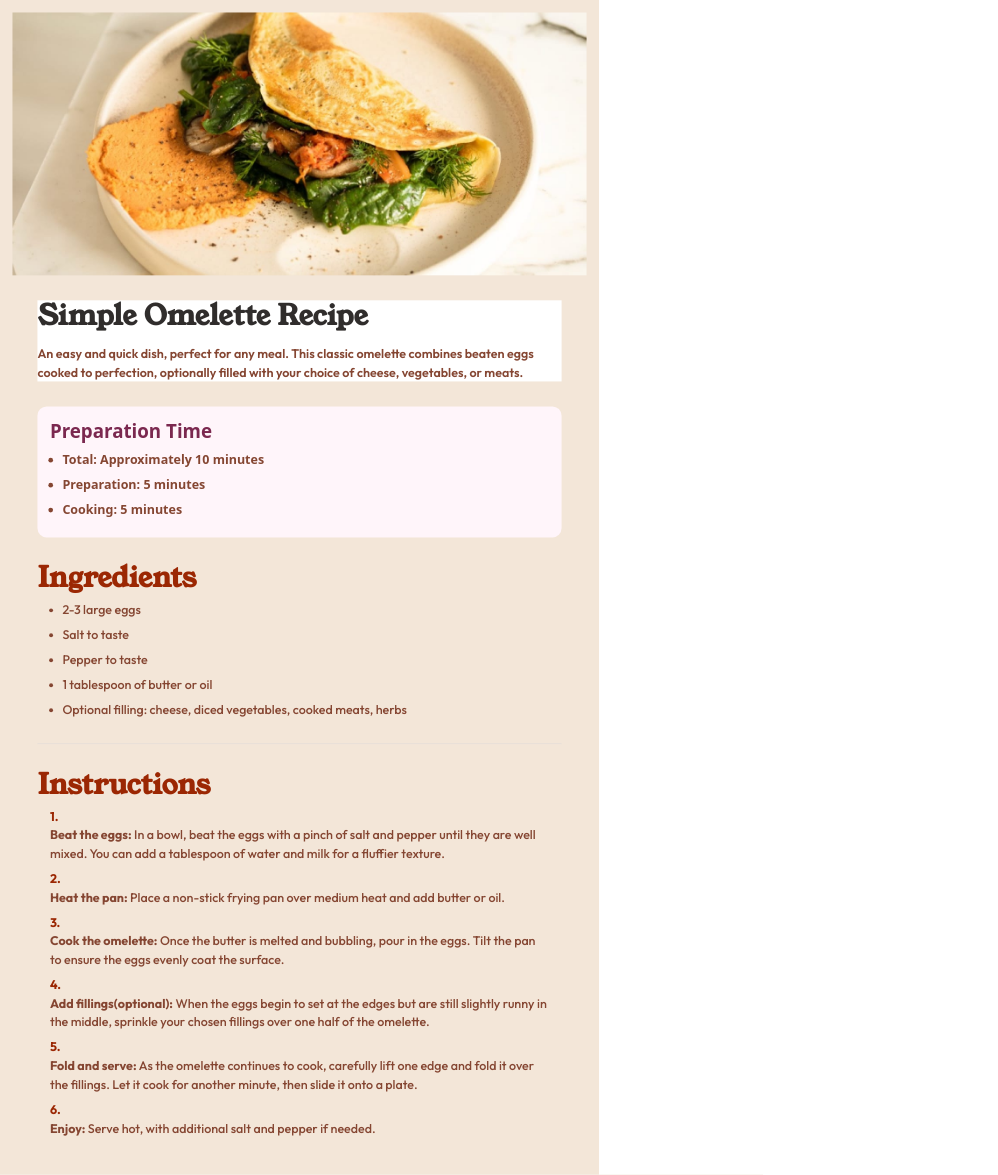
Repository: nivrii/recipe-page-main
Page: /
These files come from the project's save history. The page is drawn as it stood at one moment and after the next save; the edit follows.
The browser window is 1280 px wide. The pictures show the whole page, at 78% of full size.
The project was rebuilt for these pictures with package versions that can differ from the ones it lists, and the page was loaded fresh each time. Also part of the build but not shown: vite.config.js, src/index.css.

Above is the page before, as saved 2024-03-23 16:19:00.

### src/App.jsx
import "./App.css";
import omelette from "./assets/images/image-omelette.jpeg";

function App() {
  return (
    <div className="container flex flex-col md:p-4 md:bg-eggshell w-screen min-h-max">
      <div>
        <img src={omelette} alt="omelette" className="w-screen md:w-auto" />
      </div>
      <div className="bg-white m-8">
        <h1 className="text-left text-darkCharcoal text-4xl font-bold font-young">
          Simple Omelette Recipe
        </h1>
        <p className="text-left font-outfit text-nutmeg mt-4 font-semibold">
          An easy and quick dish, perfect for any meal. This classic omelette
          combines beaten eggs cooked to perfection, optionally filled with your
          choice of cheese, vegetables, or meats.
        </p>
      </div>
      <div className="bg-roseWhite p-4 mx-8 rounded-xl">
        <h1 className="text-left text-darkRaspberry text-2xl font-bold">
          Preparation Time
        </h1>
        <ul className="list-disc px-4 text-nutmeg">
          <li className=" font-semibold my-2">
            <span className="font-extrabold">Total:</span> Approximately 10
            minutes
          </li>
          <li className=" font-semibold my-2">
            <span className="font-extrabold">Preparation:</span> 5 minutes
          </li>
          <li className=" font-semibold my-2">
            <span className="font-extrabold">Cooking:</span> 5 minutes
          </li>
        </ul>
      </div>
      <div className="divide-y divide-lightGrey mx-4">
        <div className="m-4">
          <h1 className="text-left text-nutmegLight text-4xl font-bold font-young mt-8">
            Ingredients
          </h1>
          <ul className="list-disc px-4 font-outfit mt-2 mb-8 mx-4 text-nutmeg font-medium space-y-2">
            <li>2-3 large eggs</li>
            <li>Salt to taste</li>
            <li>Pepper to taste</li>
            <li>1 tablespoon of butter or oil</li>
            <li>
              Optional filling: cheese, diced vegetables, cooked meats, herbs
            </li>
          </ul>
        </div>
        <div className="m-4">
          <h1 className="text-left text-nutmegLight text-4xl font-bold font-young mt-8">
            Instructions
          </h1>
          <ul className="font-outfit mt-2 mb-8 mx-4 text-nutmeg font-medium space-y-2 ">
            <li>
              <div className="text-nutmegLight font-bold">1.</div>
              <div>
                <span className="font-bold"> Beat the eggs:</span> In a bowl,
                beat the eggs with a pinch of salt and pepper until they are
                well mixed. You can add a tablespoon of water and milk for a
                fluffier texture.
              </div>
            </li>
            <li>
              <div className="text-nutmegLight font-bold">2.</div>
              <div>
                <span className="font-bold"> Heat the pan:</span> Place a
                non-stick frying pan over medium heat and add butter or oil.
              </div>
            </li>
            <li>
              <div className="text-nutmegLight font-bold">3.</div>
              <div>
                <span className="font-bold"> Cook the omelette:</span> Once the
                butter is melted and bubbling, pour in the eggs. Tilt the pan to
                ensure the eggs evenly coat the surface.
              </div>
            </li>
            <li>
              <div className="text-nutmegLight font-bold">4.</div>
              <div>
                <span className="font-bold"> Add fillings(optional):</span> When
                the eggs begin to set at the edges but are still slightly runny
                in the middle, sprinkle your chosen fillings over one half of
                the omelette.
              </div>
            </li>
            <li>
              <div className="text-nutmegLight font-bold">5.</div>
              <div>
                <span className="font-bold"> Fold and serve:</span> As the
                omelette continues to cook, carefully lift one edge and fold it
                over the fillings. Let it cook for another minute, then slide it
                onto a plate.
              </div>
            </li>
            <li>
              <span className="text-nutmegLight font-bold">6.</span>
              <div>
                <span className="font-bold"> Enjoy:</span> Serve hot, with
                additional salt and pepper if needed.
              </div>
            </li>
          </ul>
        </div>
      </div>
    </div>
  );
}

export default App;

### src/App.css
@import url("https://fonts.googleapis.com/css2?family=Young+Serif&display=swap");

@import url("https://fonts.googleapis.com/css2?family=Outfit:wght@100..900&display=swap");

@import "tailwindcss/base";
@import "tailwindcss/components";
@import "tailwindcss/utilities";

### tailwind.config.js
/** @type {import('tailwindcss').Config} */
export default {
  content: ["./index.html", "./src/**/*.{js,ts,jsx,tsx}"],
  theme: {
    screens: {
      'sm': '375px',
      'md': '768px',
      'lg': '1440px',
      'xl': '1920px',
    },
    extend: {
      fontFamily: {
        outfit: ["Outfit", "sans-serif"],
        young: ["Young Serif", "serif"],
      },
      colors: {
        roseWhite: "hsl(330, 100%, 98%)",
        white: "hsl(0, 0%, 100%)",
        eggshell: "hsl(30, 54%, 90%)",
        lightGrey: "hsl(30, 18%, 87%)",
        wengeBrown: "hsl(30, 10%, 34%)",
        darkCharcoal: "hsl(24, 5%, 18%)",
        nutmeg: "hsl(14, 45%, 36%)",
        nutmegLight: "hsl(14, 96%, 31%)",
        darkRaspberry: "hsl(332, 51%, 32%)",
      },
    },
  },
  plugins: [],
};

Loaded but not shown: index.html (common file); src/main.jsx (common file)

After the next save:
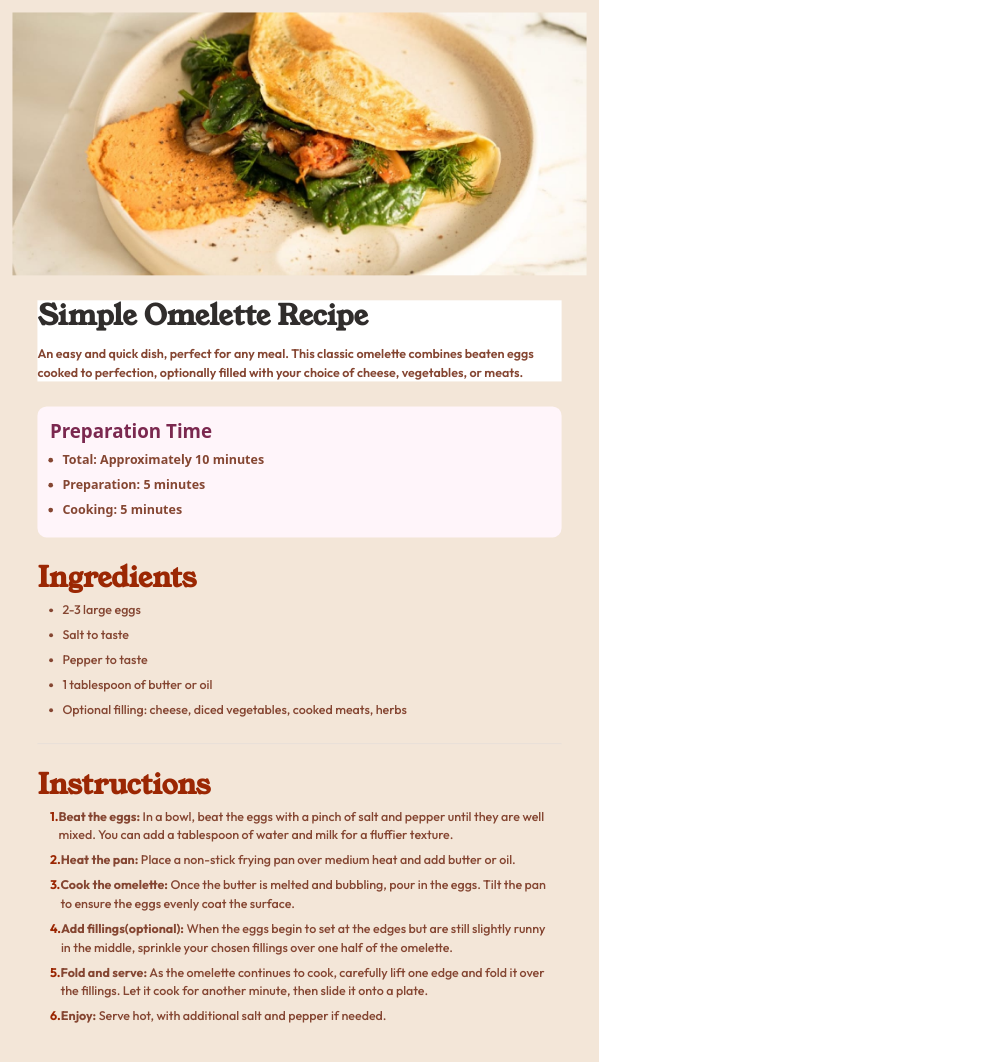
Saved 92 s later.
--- a/src/App.jsx
+++ b/src/App.jsx
@@ -54,7 +54,7 @@ function App() {
             Instructions
           </h1>
           <ul className="font-outfit mt-2 mb-8 mx-4 text-nutmeg font-medium space-y-2 ">
-            <li>
+            <li className="flex ">
               <div className="text-nutmegLight font-bold">1.</div>
               <div>
                 <span className="font-bold"> Beat the eggs:</span> In a bowl,
@@ -63,14 +63,14 @@ function App() {
                 fluffier texture.
               </div>
             </li>
-            <li>
+            <li className="flex ">
               <div className="text-nutmegLight font-bold">2.</div>
               <div>
                 <span className="font-bold"> Heat the pan:</span> Place a
                 non-stick frying pan over medium heat and add butter or oil.
               </div>
             </li>
-            <li>
+            <li className="flex ">
               <div className="text-nutmegLight font-bold">3.</div>
               <div>
                 <span className="font-bold"> Cook the omelette:</span> Once the
@@ -78,7 +78,7 @@ function App() {
                 ensure the eggs evenly coat the surface.
               </div>
             </li>
-            <li>
+            <li className="flex ">
               <div className="text-nutmegLight font-bold">4.</div>
               <div>
                 <span className="font-bold"> Add fillings(optional):</span> When
@@ -87,7 +87,7 @@ function App() {
                 the omelette.
               </div>
             </li>
-            <li>
+            <li className="flex ">
               <div className="text-nutmegLight font-bold">5.</div>
               <div>
                 <span className="font-bold"> Fold and serve:</span> As the
@@ -96,7 +96,7 @@ function App() {
                 onto a plate.
               </div>
             </li>
-            <li>
+            <li className="flex ">
               <span className="text-nutmegLight font-bold">6.</span>
               <div>
                 <span className="font-bold"> Enjoy:</span> Serve hot, with
